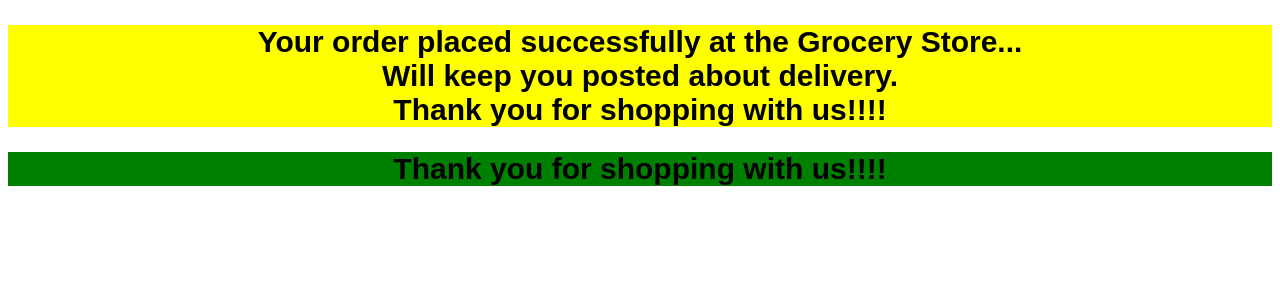
Repository: pournimapatil27/GroceryStoreMicroservice
Page: StoreLogin/src/main/resources/static/store.html
These files come from the project's save history. The page is drawn as it stood at one moment and after the next save; the edit follows.
The browser window is 1280 px wide. The pictures show the whole page.

Above is the page before, as saved 2021-12-03 09:05:28.

After the next save:
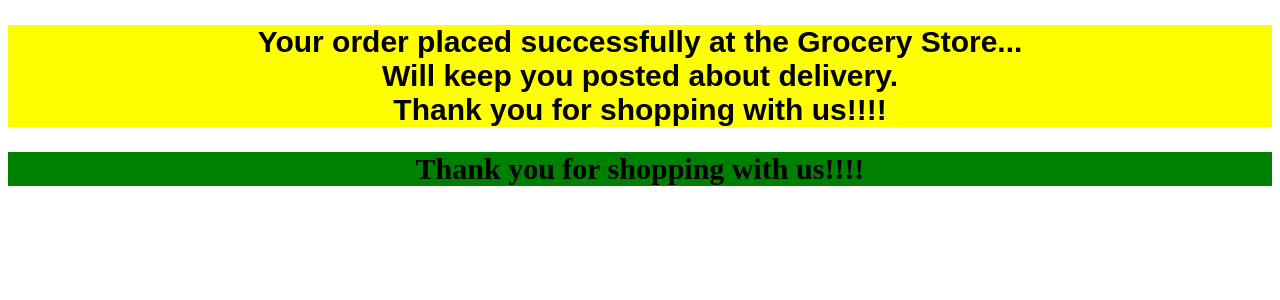
Saved 56 s later.
--- a/StoreLogin/src/main/resources/static/store.html
+++ b/StoreLogin/src/main/resources/static/store.html
@@ -8,6 +8,6 @@
    </h:head>
    <h:body>
       <h2 style="background-color:yellow;font-family:'Arial';font-size:30px;text-align: center">Your order placed successfully at the Grocery Store...<br>Will keep you posted about delivery.<br> Thank you for shopping with us!!!!</h2>
-  <h1 style="background-color:Green;font-family:'Arial';font-size:30px;text-align: center">Thank you for shopping with us!!!!</h1>
+  <h1 style="background-color:Green;font-family:'Jockerman';font-size:30px;text-align: center">Thank you for shopping with us!!!!</h1>
    </h:body>
 </html>
